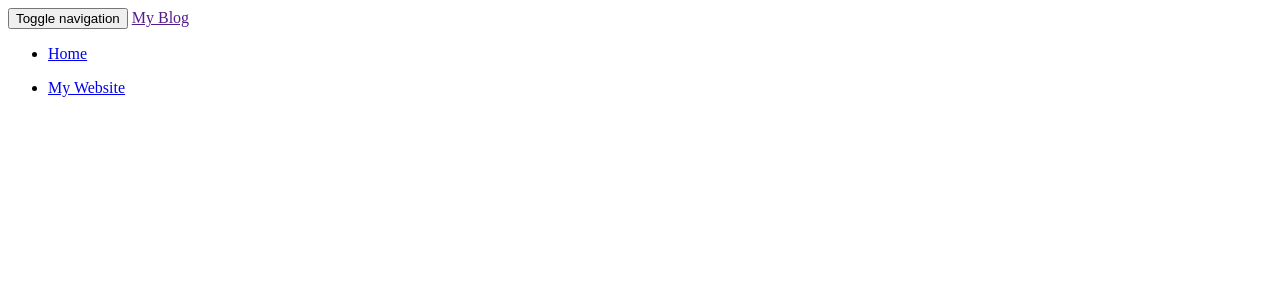
Repository: AnnieFisher/blog
Page: BlogMVC/WebContent/gen-nav.html
The author's editor kept a copy of each file at every save. The page is drawn from the files as they stood at one save, then again after the next save.
The browser window is 1280 px wide. The pictures show the whole page.

Above is the page before, as saved 2016-12-21 05:40:54.

After the next save:
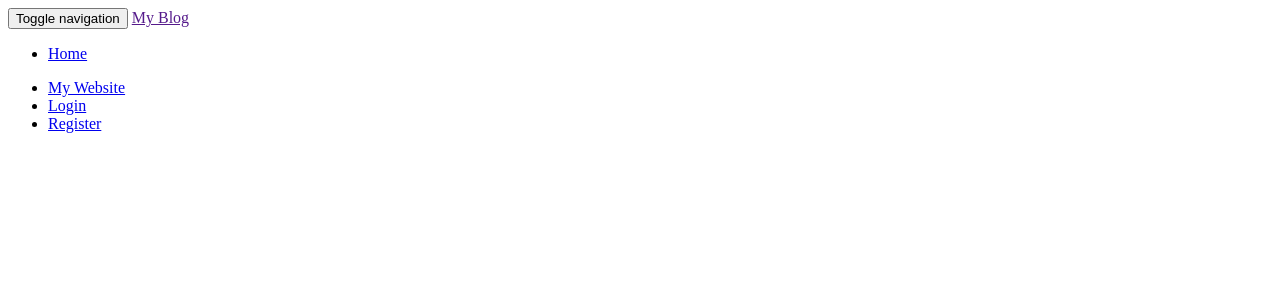
Saved 26 min 42 s later.
--- a/BlogMVC/WebContent/gen-nav.html
+++ b/BlogMVC/WebContent/gen-nav.html
@@ -19,8 +19,8 @@
            			 </ul>
            			 <ul class="nav navbar-nav navbar-right">
 			            <li><a href="http://annielynnfisher.com" target="_blank">My Website</a></li>
-			 		<!-- 	<li class="active"><a href="#/login">Login</a></li>
-			 			<li class="active"><a href="#/register">Register</a></li>  -->
+			 			<li class="active"><a href="#/login">Login</a></li>
+			 			<li class="active"><a href="#/register">Register</a></li>
 		 			</ul>
           		</div><!--/.nav-collapse -->
         	    </div><!--/.container-fluid -->
